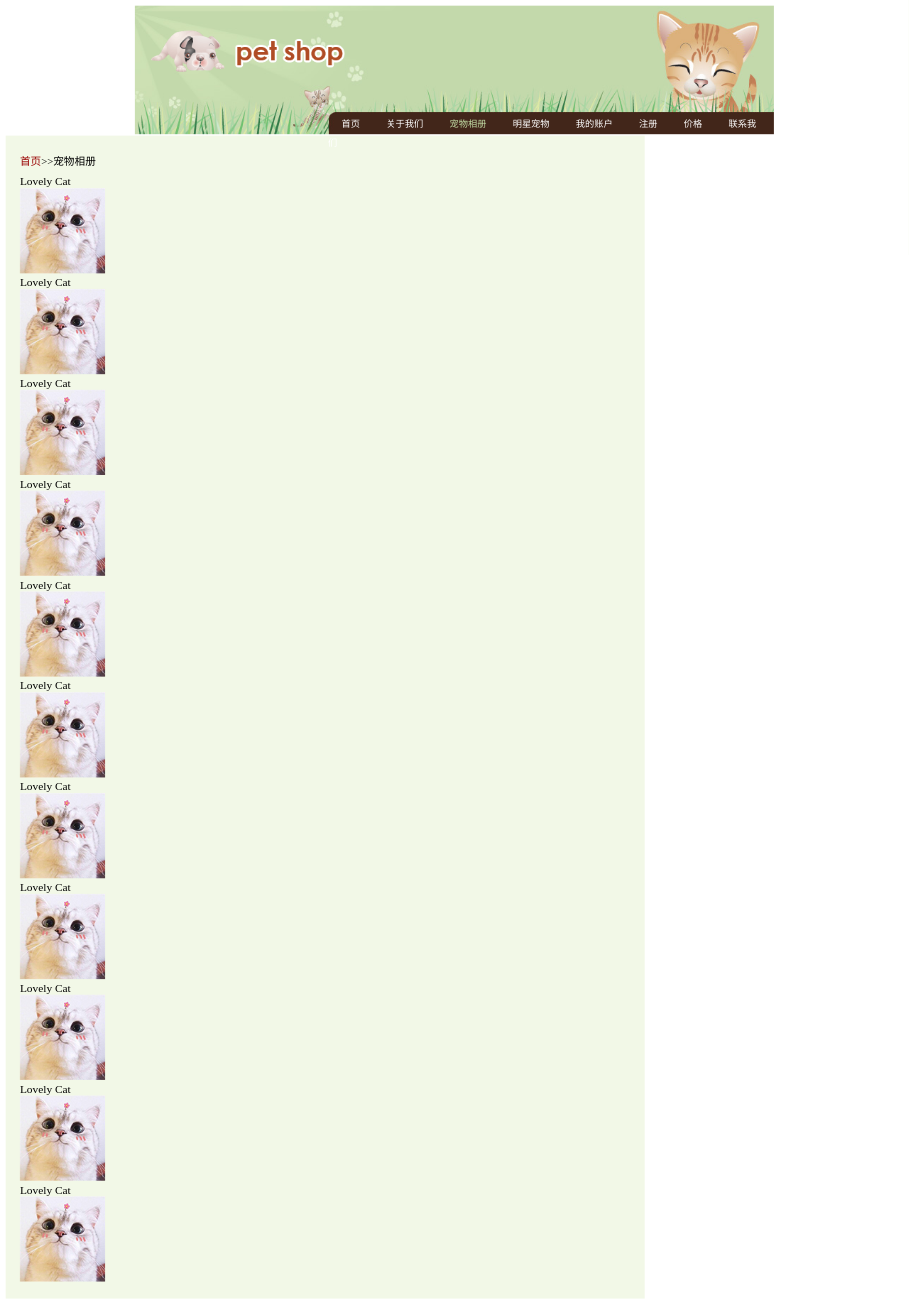
Repository: kxl666/kxl-Html
Page: 04.第四节任务(宠物相册)/index.html
An editor plug-in stored every save of this project. The page is shown before and after the next save, followed by the edit.
The browser window is 1280 px wide. The pictures show the whole page, at 71% of full size.

Above is the page before, as saved 2021-09-07 20:18:03.

### 04.第四节任务(宠物相册)/index.html
<!DOCTYPE html>
<html lang="en">

<head>
    <meta charset="UTF-8">
    <meta http-equiv="X-UA-Compatible" content="IE=edge">
    <meta name="viewport" content="width=device-width, initial-scale=1.0">
    <title>宠物相册</title>
    <link rel="stylesheet" href="style.css">
</head>

<body>
    <div id="wrap">
        <div class="header">
            <div class="logo">
                <img src="images/logo.gif">
            </div>
            <div id="menu">
                <span>
                    <a href="index.html">首页</a>
                </span>
                <span>
                    <a href="about.html">关于我们</a>
                </span>
                <span class="selected">
                    <a href="category.html">宠物相册</a>
                </span>
                <span>
                    <a href="speacial.html">明星宠物</a>
                </span>
                <span>
                    <a href="myaccount.html">我的账户</a>
                </span>
                <span>
                    <a href="register.html">注册</a>
                </span>
                <span>
                    <a href="details.html">价格</a>
                </span>
                <span>
                    <a href="contact.html">联系我们</a>
                </span>
            </div>
        </div>
    </div>

    <div class="pet_album">
        <div class="crumb_nav">
            <a href="index.html">首页</a>&gt;&gt;宠物相册
        </div>

        <div class="pet_album_box">
            <span>
                Lovely Cat
            </span>
            <div class="pet_album_bg">
                <img src="images/cat1.jpg" class="thumb" >
            </div>
        </div>
        <div class="pet_album_box">
            <span>
                Lovely Cat
            </span>
            <div class="pet_album_bg">
                <img src="images/cat1.jpg" class="thumb" >
            </div>
        </div>
        <div class="pet_album_box">
            <span>
                Lovely Cat
            </span>
            <div class="pet_album_bg">
                <img src="images/cat1.jpg" class="thumb" >
            </div>
        </div>
        <div class="pet_album_box">
            <span>
                Lovely Cat
            </span>
            <div class="pet_album_bg">
                <img src="images/cat1.jpg" class="thumb" >
            </div>
        </div>
        <div class="pet_album_box">
            <span>
                Lovely Cat
            </span>
            <div class="pet_album_bg">
                <img src="images/cat1.jpg" class="thumb" >
            </div>
        </div>
        <div class="pet_album_box">
            <span>
                Lovely Cat
            </span>
            <div class="pet_album_bg">
                <img src="images/cat1.jpg" class="thumb" >
            </div>
        </div>
        <div class="pet_album_box">
            <span>
                Lovely Cat
            </span>
            <div class="pet_album_bg">
                <img src="images/cat1.jpg" class="thumb" >
            </div>
        </div>
        <div class="pet_album_box">
            <span>
                Lovely Cat
            </span>
            <div class="pet_album_bg">
                <img src="images/cat1.jpg" class="thumb" >
            </div>
        </div>
        <div class="pet_album_box">
            <span>
                Lovely Cat
            </span>
            <div class="pet_album_bg">
                <img src="images/cat1.jpg" class="thumb" >
            </div>
        </div>
        <div class="pet_album_box">
            <span>
                Lovely Cat
            </span>
            <div class="pet_album_bg">
                <img src="images/cat1.jpg" class="thumb" >
            </div>
        </div>
        <div class="pet_album_box">
            <span>
                Lovely Cat
            </span>
            <div class="pet_album_bg">
                <img src="images/cat1.jpg" class="thumb" >
            </div>
        </div>


    </div>
</body>

</html>

### 04.第四节任务(宠物相册)/style.css
#wrap {
    width: 900px;
    height: auto;
    margin: 0 auto;
}

.header {
    height: 181px;
    background:url(images/header.jpg) no-repeat center;
}

.logo {
    padding: 30px 0 0 20px;
}

#menu {
    width: 628px;
    height: 30px;
    float: right;
    padding-top: 50px;
}

#menu span {
    height: 27px;
}

#menu span a {
    height: 27px;
    padding: 0px 10px 0 15px;
    margin: 0 4px 0 4px ;
    text-decoration: none;
    text-align: center;
    color: #fff;
    font-size: 13px;
    line-height: 27px;
}

#menu span.selected a {
    color: #c4dfa6;
}

#menu span a:hover {
    color: #c4dfa6;
}

.pet_album {
    width: 880px;
    padding: 20px 0 20px 20px;
    background-color: #f2f8e7;
    overflow: hidden;
}

.crumb_nav {
    padding: 5px 0 10px 0px ;
    font-size: 15px;
}
.crumb_nav a {
    text-decoration: none;
    color: #990000;
}

After the next save:
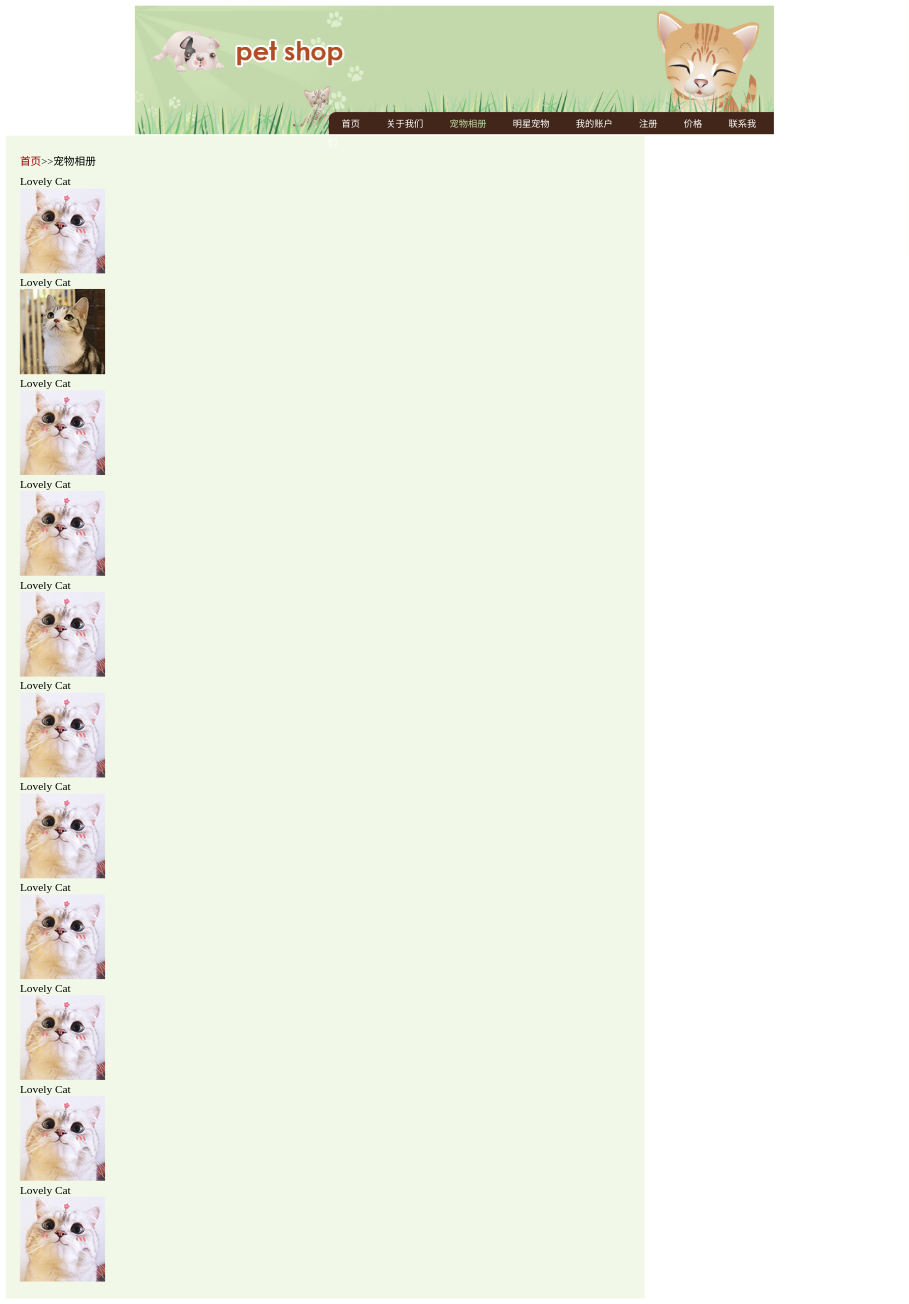
Saved 13 s later.
--- a/04.第四节任务(宠物相册)/index.html
+++ b/04.第四节任务(宠物相册)/index.html
@@ -62,7 +62,7 @@
                 Lovely Cat
             </span>
             <div class="pet_album_bg">
-                <img src="images/cat1.jpg" class="thumb" >
+                <img src="images/cat2.jpg" class="thumb" >
             </div>
         </div>
         <div class="pet_album_box">
